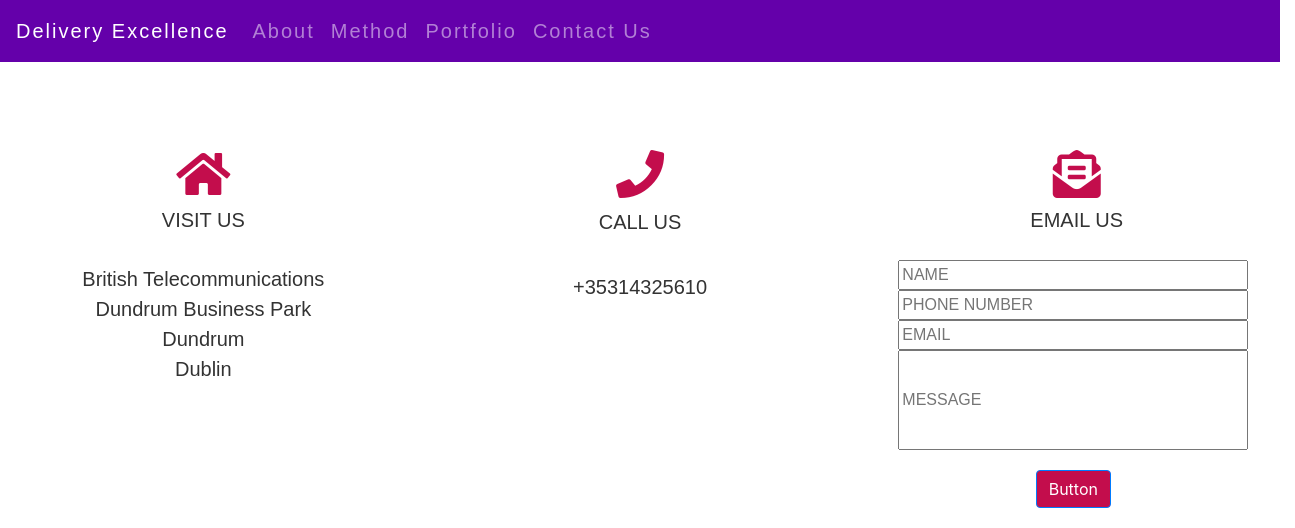
Repository: valenovi76/DeliveryExcellence
Page: contact.html
The author's editor kept a record of every edit. The page is drawn from the files as they stood at one moment, then again after the next edit.
The browser window is 1280 px wide. The page is 1295 px wide, so the pictures cover 1295 px, including what lies to the right of the window. The pictures show the part of the page from y = 0 to 528 px (the page is 984 px tall before and 1008 px after).
Pictures or frames that could not be fetched are drawn as grey boxes. Some web libraries are served in a nearby version.

Above is the page before.

After the next edit:
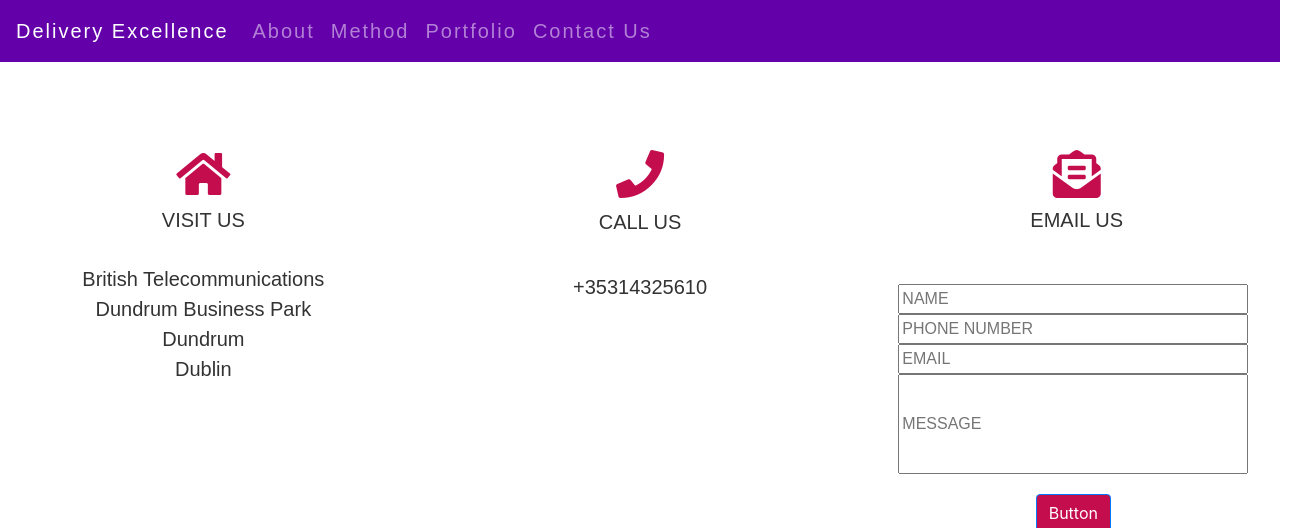
The edit:
--- a/contact.html
+++ b/contact.html
@@ -68,6 +68,8 @@
                     <div class="col-md email">
                         <i class="fas fa-envelope-open-text"></i>
                         <h4>Email Us</h4>
+                        <br>
+                        <span>
                         <div class="cont-form">
                         <input type="name" name=""/ id="" placeholder="Name">
                         <input type="ph" name=""/ id="" placeholder="Phone Number">

After the 4 edits that followed:
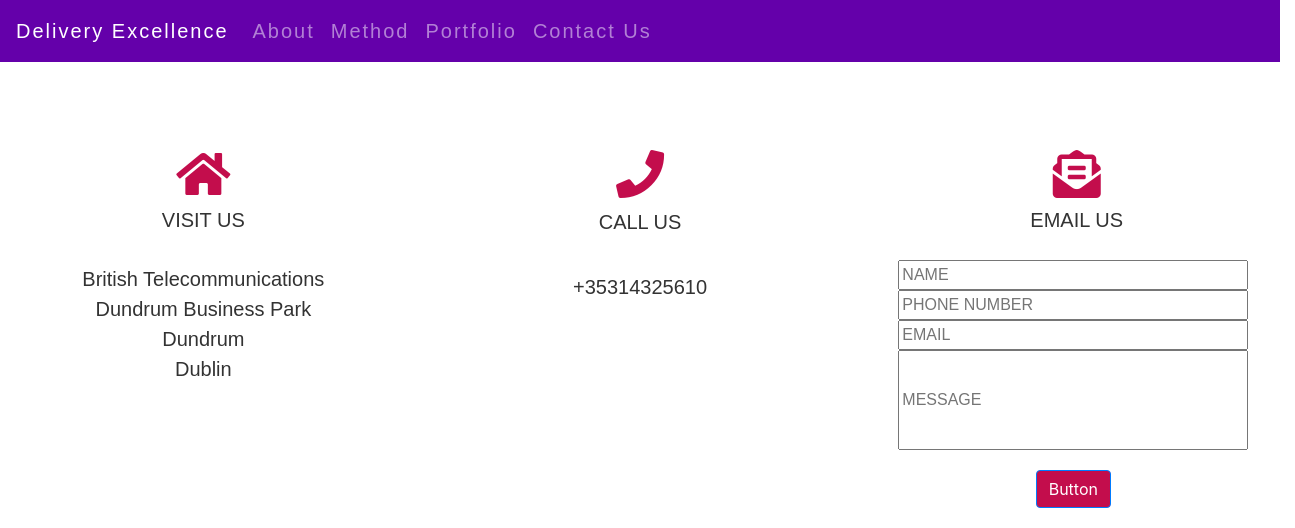
The 4 edits are shown as one change because 3 left the picture as it was.
The edit:
--- a/contact.html
+++ b/contact.html
@@ -68,8 +68,6 @@
                     <div class="col-md email">
                         <i class="fas fa-envelope-open-text"></i>
                         <h4>Email Us</h4>
-                        <br>
-                        <span>
                         <div class="cont-form">
                         <input type="name" name=""/ id="" placeholder="Name">
                         <input type="ph" name=""/ id="" placeholder="Phone Number">
